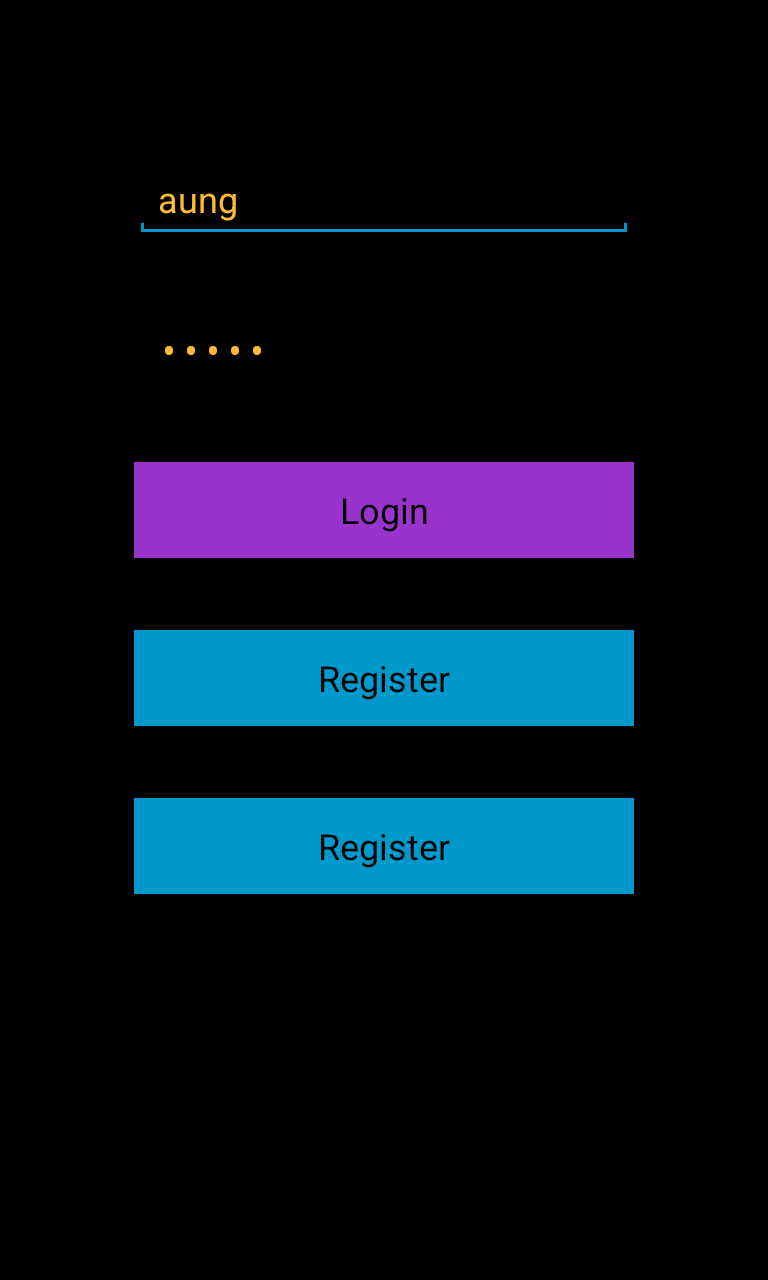
Repository: AungWinnHtut/projAndroid
Layout: com.engineer4myanmar.json.MainActivity/res/layout/activity_main.xml
The author's editor kept a copy of each file at every save. The layout is drawn from the files as they stood at one save, then again after the next save.
It is drawn on a 768 x 1280 px phone screen (xhdpi) without system bars, with theme AppTheme; the app's code is not run.

Above is the layout before, as saved 2015-08-29 21:58:22.

### com.engineer4myanmar.json.MainActivity/res/layout/activity_main.xml
<LinearLayout xmlns:android="http://schemas.android.com/apk/res/android"
    xmlns:tools="http://schemas.android.com/tools"
    android:layout_width="match_parent"
    android:layout_height="match_parent"
    android:orientation="vertical"
    android:background="#000">




    <EditText
        android:id="@+id/etUsername"
        android:layout_width="250dp"
        android:layout_height="wrap_content"
        android:layout_gravity="center"
        android:layout_marginTop="80dp"
        android:textColor="#ffbb33"
        android:hint="Enter Username Here"
        android:text="aung"
        android:ems="10" >
        <requestFocus />
    </EditText>

    <EditText
        android:id="@+id/etPassword"
        android:layout_width="250dp"
        android:layout_height="wrap_content"
        android:layout_gravity="center"
        android:layout_marginTop="36dp"
        android:textColor="#ffbb33"
        android:hint="Enter Password Here"
        android:inputType="textPassword"
        android:text="12345"
        android:ems="10" />

    <Button
        android:id="@+id/btnLogin"
        android:layout_width="250dp"
        android:layout_height="wrap_content"
        android:layout_marginTop="36dp"
        android:layout_gravity="center"
        android:onClick="funLogin"
        android:background="#9933cc"
        android:text="Login" />

    <Button
        android:id="@+id/btnRegister"
       android:layout_width="250dp"
        android:layout_height="wrap_content"
       android:layout_gravity="center"
        android:layout_marginTop="36dp"
        android:onClick="funRegister"
        android:background="#0099cc"
        android:text="Register" />
    <Button
        android:id="@+id/btnGPS"
       android:layout_width="250dp"
        android:layout_height="wrap_content"
       android:layout_gravity="center"
        android:layout_marginTop="36dp"
        android:onClick="funRegister"
        android:background="#0099cc"
        android:text="Register" />

</LinearLayout>

Loaded but not shown: com.engineer4myanmar.json.MainActivity/res/values-v11/styles.xml (common file); com.engineer4myanmar.json.MainActivity/res/values-v14/styles.xml (common file); com.engineer4myanmar.json.MainActivity/res/values/styles.xml (common file)

After the next save:
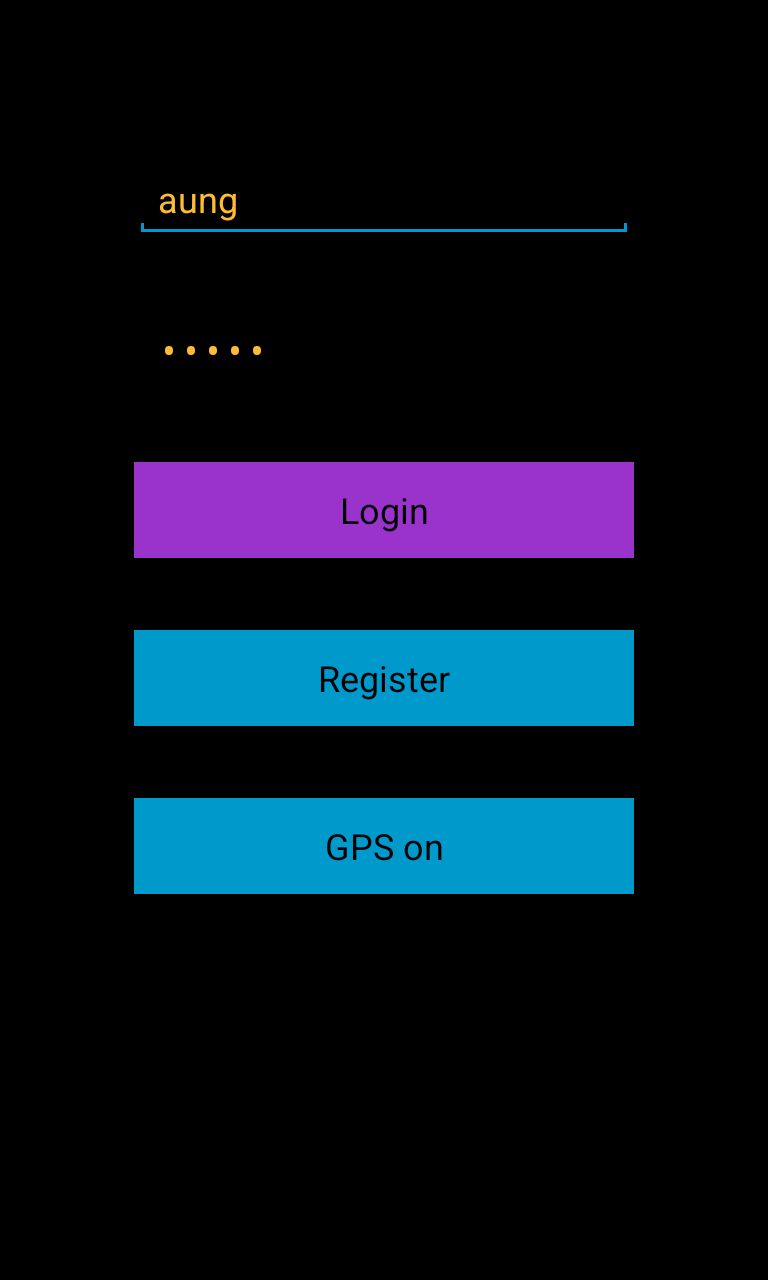
Saved 18 s later.
--- a/com.engineer4myanmar.json.MainActivity/res/layout/activity_main.xml
+++ b/com.engineer4myanmar.json.MainActivity/res/layout/activity_main.xml
@@ -58,8 +58,8 @@
         android:layout_height="wrap_content"
        android:layout_gravity="center"
         android:layout_marginTop="36dp"
-        android:onClick="funRegister"
+        android:onClick="funGPSon"
         android:background="#0099cc"
-        android:text="Register" />
+        android:text="GPS on" />
 
 </LinearLayout>
